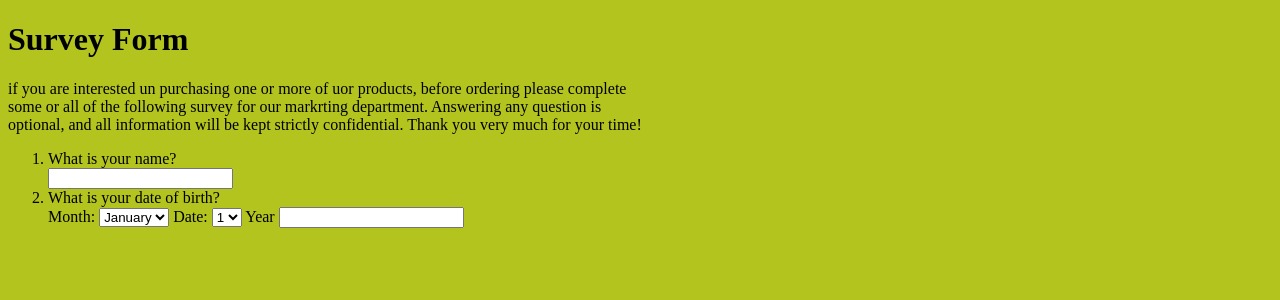
Repository: PhamChiXuan1/HTCNW_tuan3_DHCNTT16C_PhamChiXuan_20030131
Page: bt17.html
The author's editor kept a copy of each file at every save. The page is drawn from the files as they stood at one save, then again after the next save.
The browser window is 1280 px wide. The pictures show the whole page.

Above is the page before, as saved 2022-02-27 22:09:45.

### bt17.html
<!DOCTYPE html>
<html lang="en">
<head>
    <meta charset="UTF-8">
    <meta http-equiv="X-UA-Compatible" content="IE=edge">
    <meta name="viewport" content="width=device-width, initial-scale=1.0">
    <title>Document</title>
</head>
<body style="background-color: rgb(179, 196, 31);">
    <H1>Survey Form</H1>
    <P>if you are interested un purchasing one or more of uor products, before ordering please complete <br>some or all of the following survey for our markrting department. Answering any question is <br>optional, and all information will be kept strictly confidential. Thank you very much for your time!</P>
    <ol type="1">
        <li>What is your name?</li>
        <form>
            <input type="text" id="fname" name="fname" value=""><br>
        </form>
        <li>What is your date of birth?</li>
        <form>
            <label for="cars">Month:</label>
            <select id="cars" name="cars">
              <option value="January">January</option>
            </select>
            <label for="cars">Date:</label>
            <select id="cars" name="cars">
                <option value="1">1</option>
              </select>
              <label for="cars">Year</label>
              <input type="text" width="2">

        </form>
    </ol>


</body>
</html>

After the next save:
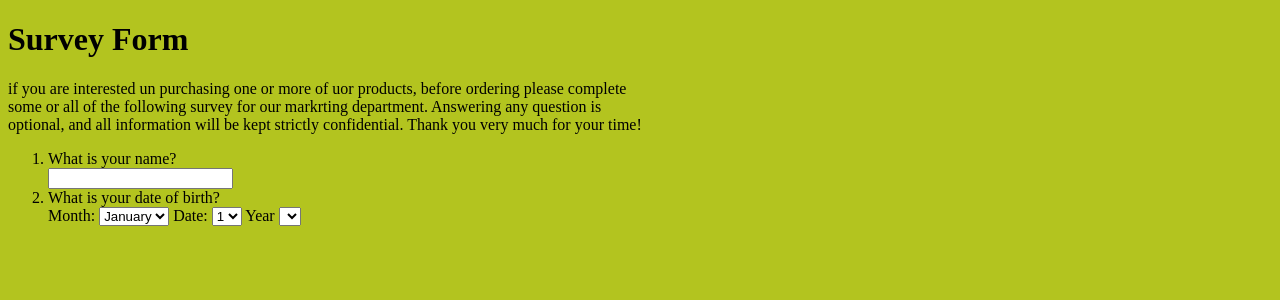
Saved 94 s later.
--- a/bt17.html
+++ b/bt17.html
@@ -18,14 +18,16 @@
         <form>
             <label for="cars">Month:</label>
             <select id="cars" name="cars">
-              <option value="January">January</option>
+                <option value="January">January</option>
             </select>
             <label for="cars">Date:</label>
             <select id="cars" name="cars">
                 <option value="1">1</option>
-              </select>
-              <label for="cars">Year</label>
-              <input type="text" width="2">
+            </select>
+            <label for="cars">Year</label>
+            <select id="cars" name="cars">
+                <option value=""></option>
+            </select>
 
         </form>
     </ol>
